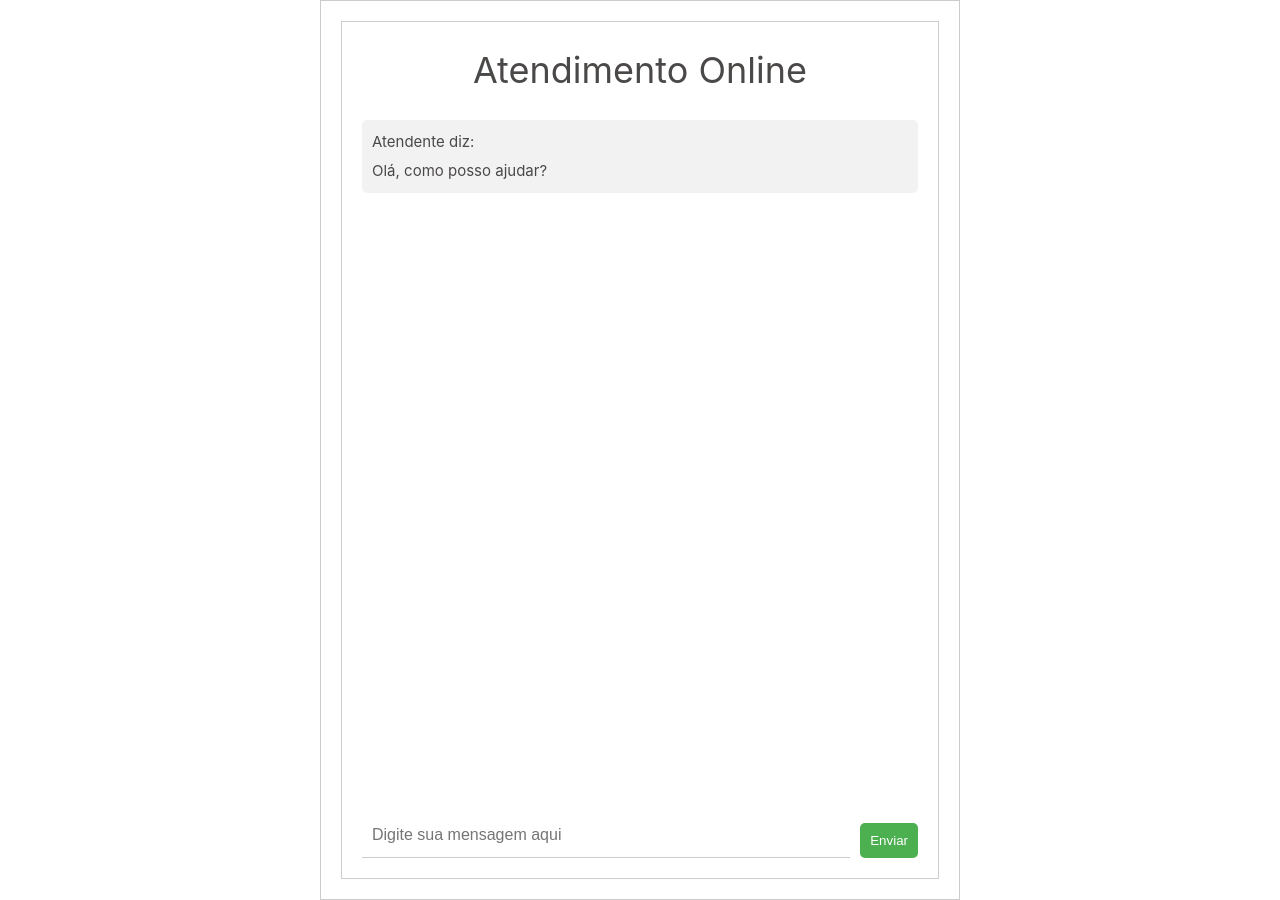
Repository: GabrielGuinzani/vueChat
Page: /
The author's editor kept a copy of each file at every save. The page is drawn from the files as they stood at one save, then again after the next save.
The browser window is 1280 px wide. The pictures show the whole page.
Some web libraries are served in a nearby version. The project was rebuilt for these pictures with package versions that can differ from the ones it lists, and the page was loaded fresh each time. Also part of the build but not shown: vite.config.js.

Above is the page before, as saved 2023-04-19 12:12:25.

After the next save:
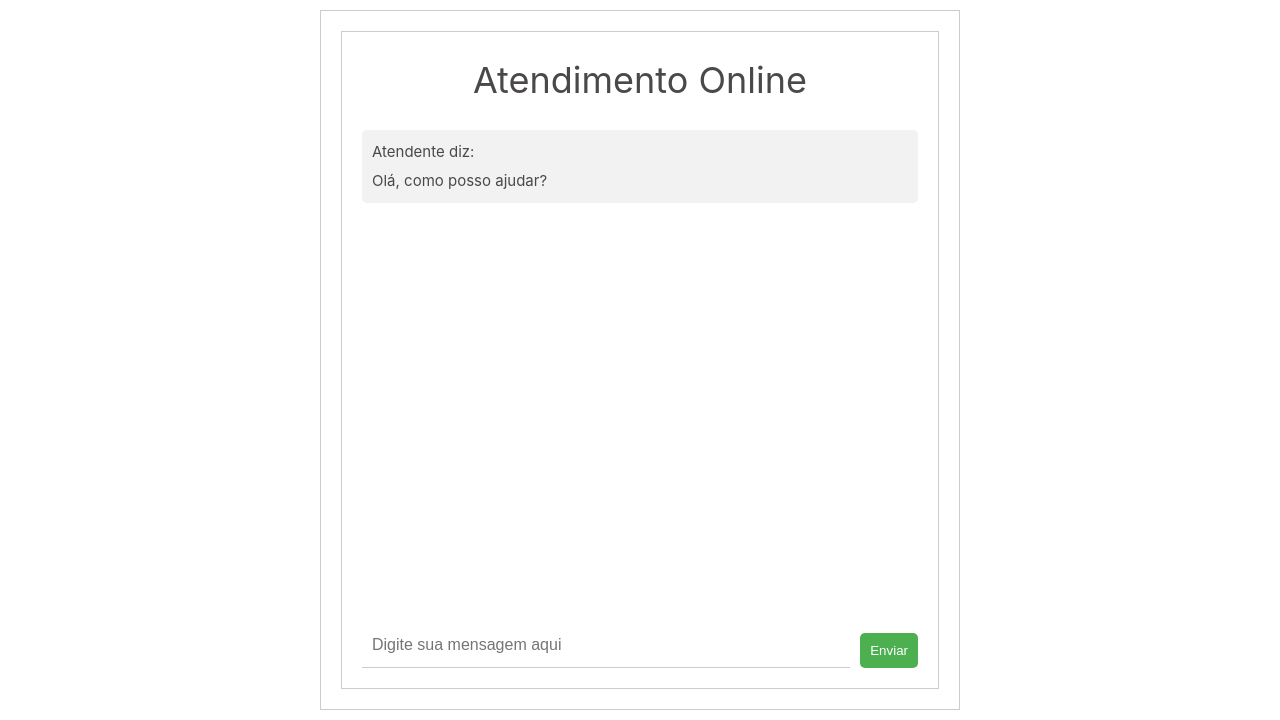
Saved 24 s later.
--- a/src/App.vue
+++ b/src/App.vue
@@ -57,7 +57,7 @@ body {
   display: flex;
   justify-content: center;
   align-items: center;
-  height: 900px;
+  height: 700px;
   width: 50%;
   margin: auto;
 }
